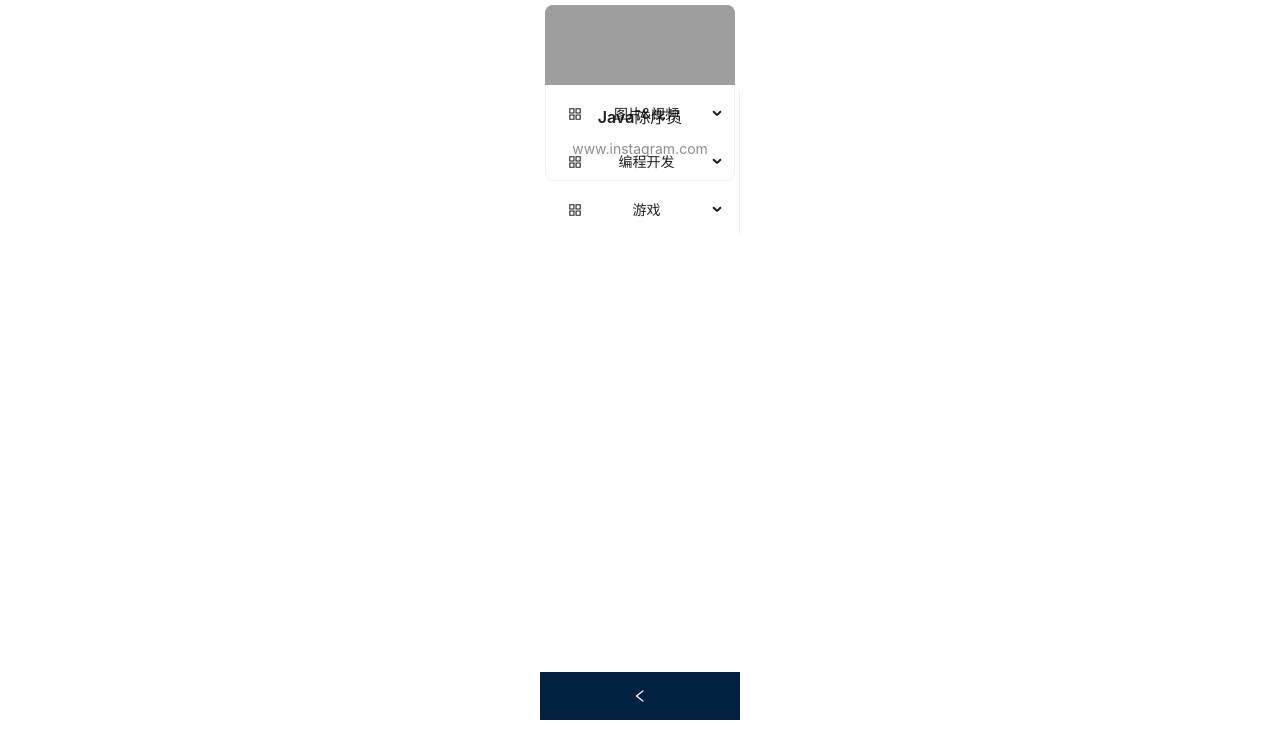
Repository: chenyl8848/chen-tool-collection
Page: /
These files come from the project's save history. The page is drawn as it stood at one moment and after the next save; the edit follows.
The browser window is 1280 px wide. The pictures show the whole page.
Pictures or frames that could not be fetched are drawn as grey boxes. The project was rebuilt for these pictures with package versions that can differ from the ones it lists, and the page was loaded fresh each time. Also part of the build but not shown: vite.config.ts, src/components/HelloWorld.vue, src/pages/about.vue.

Above is the page before, as saved 2024-01-12 17:30:12.

After the next save:
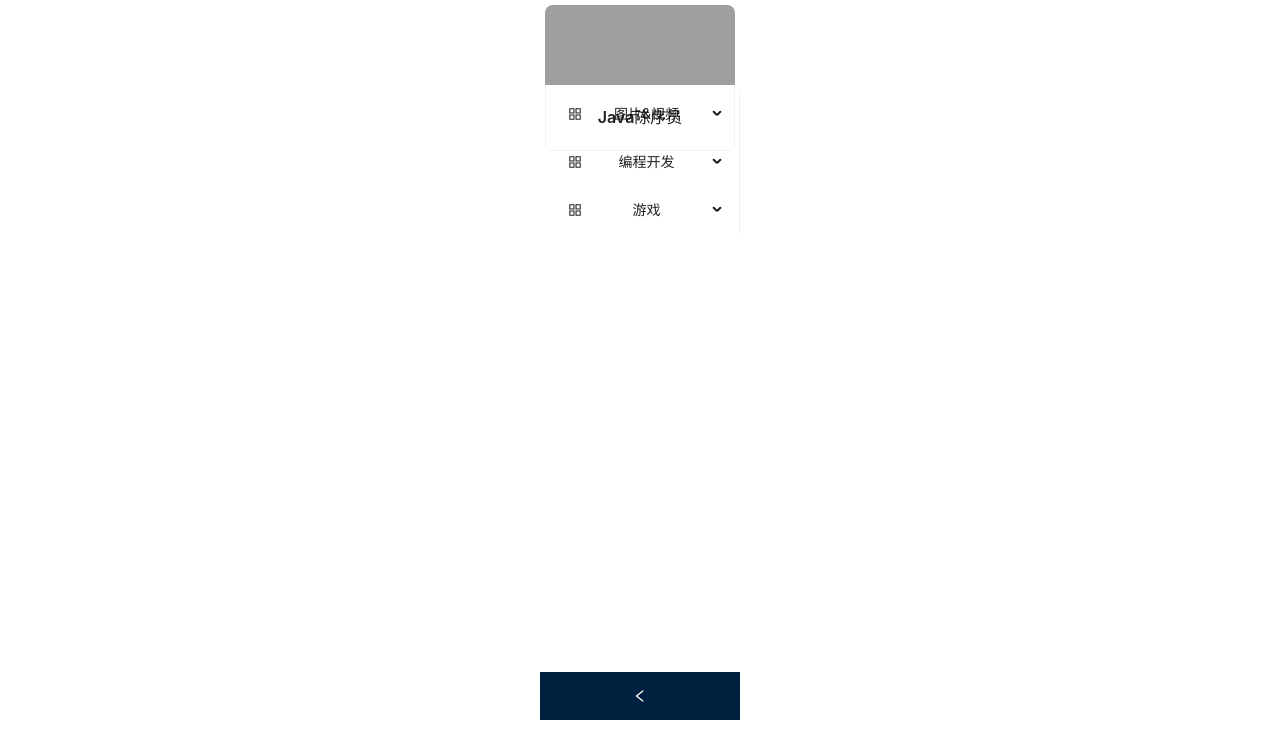
Saved 13 s later.
--- a/src/layout/siderbar/logo/index.vue
+++ b/src/layout/siderbar/logo/index.vue
@@ -13,7 +13,7 @@
       <img alt="example" src="https://os.alipayobjects.com/rmsportal/QBnOOoLaAfKPirc.png" style="height: 80px;" />
     </template>
     <a-card-meta title="Java陈序员">
-      <template #description>www.instagram.com</template>
+      <!-- <template #description>www.instagram.com</template> -->
     </a-card-meta>
   </a-card>
 </template>
